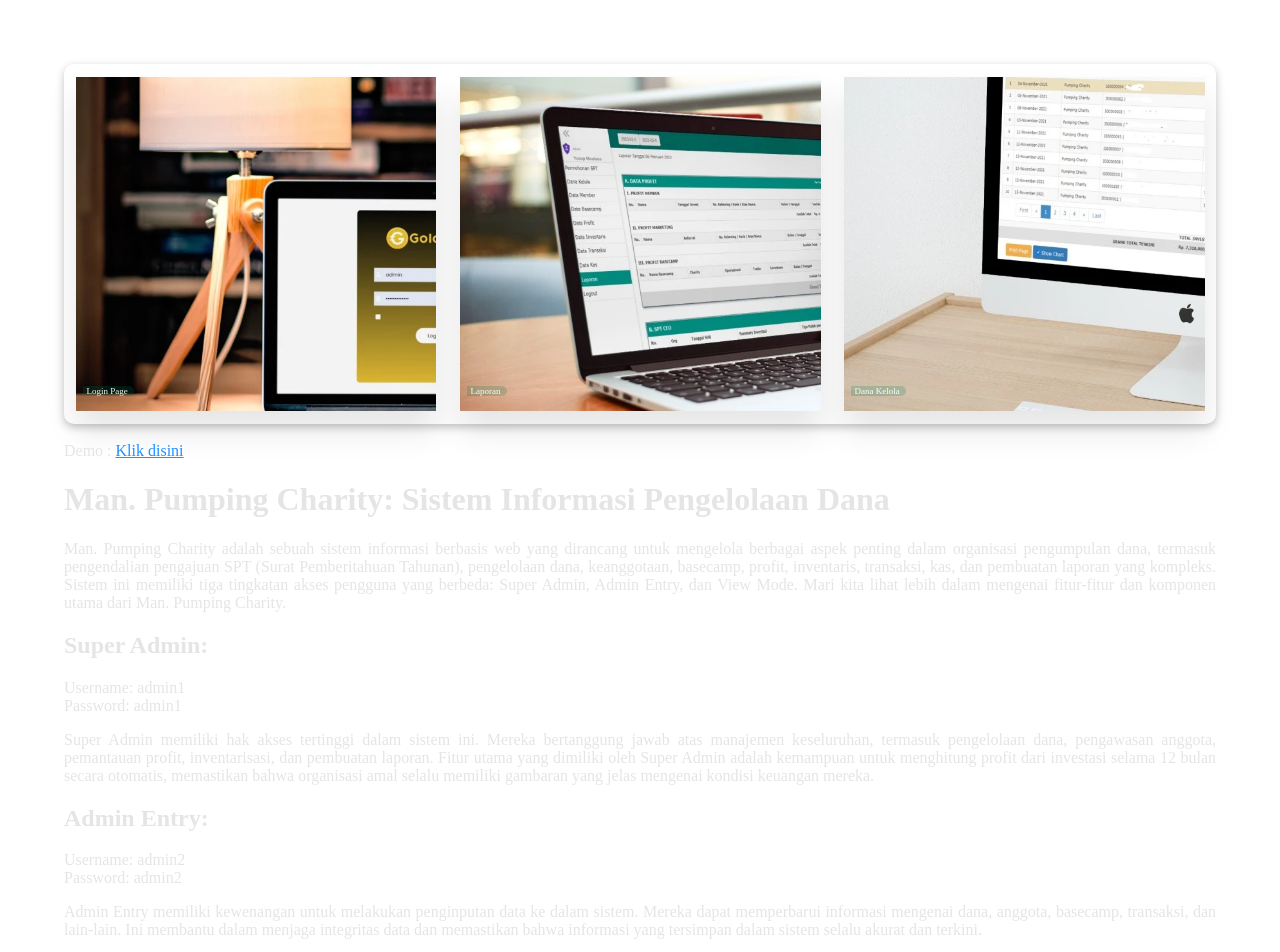
Repository: yusup-maulana/yusup-maulana.github.io
Page: portofolio-manpumping.html
An editor plug-in stored every save of this project. The page is shown before and after the next save, followed by the edit.
The browser window is 1280 px wide. The pictures show the part of the page from y = 0 to 952 px (the page is 2040 px tall).
Some web fonts or font styles are not loaded; a fallback is used.

Above is the page before, as saved 2023-10-06 21:30:23.

After the next save:
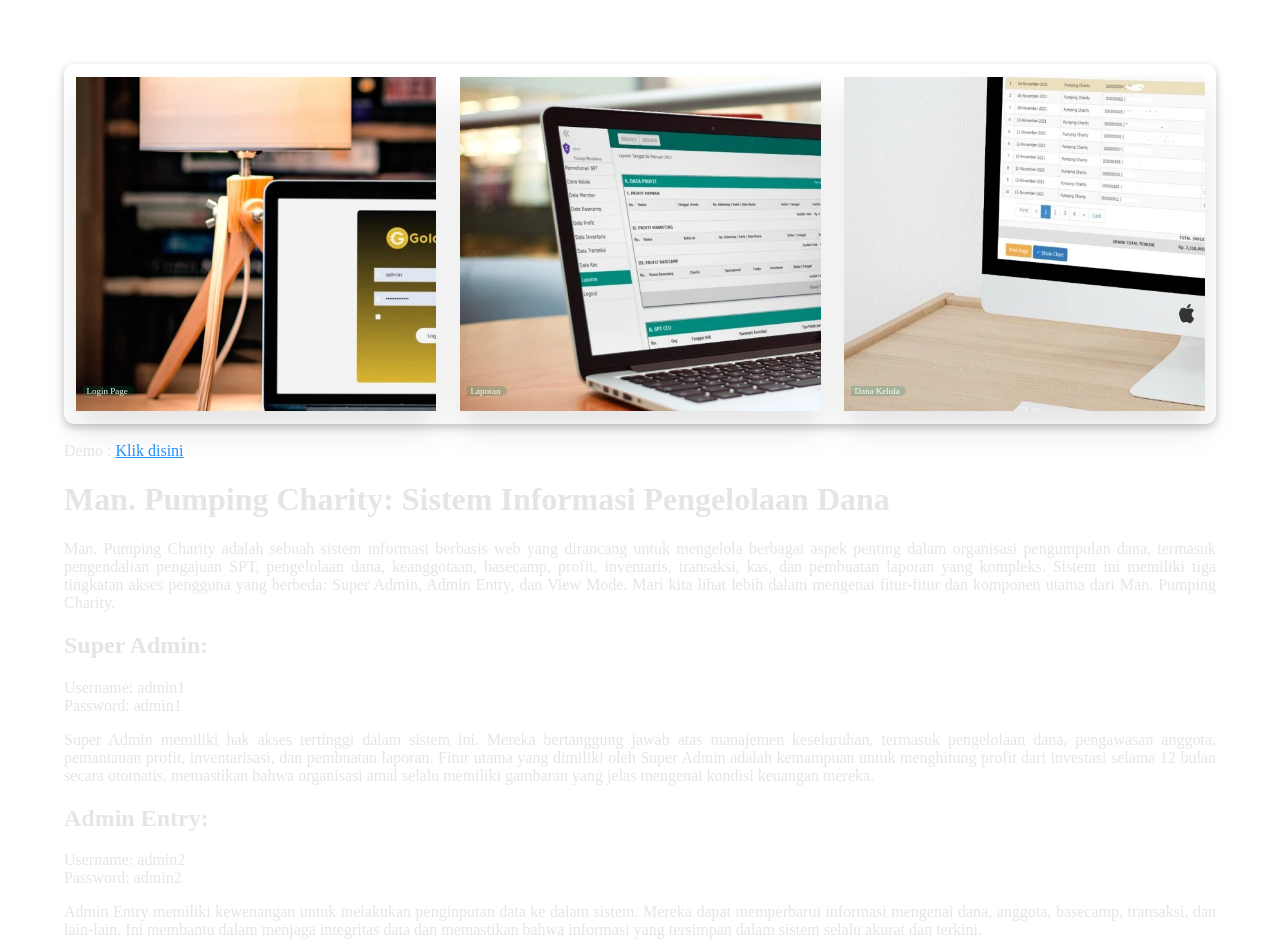
Saved 10 s later.
--- a/portofolio-manpumping.html
+++ b/portofolio-manpumping.html
@@ -122,12 +122,11 @@
   <p>
     Man. Pumping Charity adalah sebuah sistem informasi berbasis web yang
     dirancang untuk mengelola berbagai aspek penting dalam organisasi
-    pengumpulan dana, termasuk pengendalian pengajuan SPT (Surat Pemberitahuan
-    Tahunan), pengelolaan dana, keanggotaan, basecamp, profit, inventaris,
-    transaksi, kas, dan pembuatan laporan yang kompleks. Sistem ini memiliki
-    tiga tingkatan akses pengguna yang berbeda: Super Admin, Admin Entry, dan
-    View Mode. Mari kita lihat lebih dalam mengenai fitur-fitur dan komponen
-    utama dari Man. Pumping Charity.
+    pengumpulan dana, termasuk pengendalian pengajuan SPT, pengelolaan dana,
+    keanggotaan, basecamp, profit, inventaris, transaksi, kas, dan pembuatan
+    laporan yang kompleks. Sistem ini memiliki tiga tingkatan akses pengguna
+    yang berbeda: Super Admin, Admin Entry, dan View Mode. Mari kita lihat lebih
+    dalam mengenai fitur-fitur dan komponen utama dari Man. Pumping Charity.
   </p>
 
   <h2>Super Admin:</h2>
